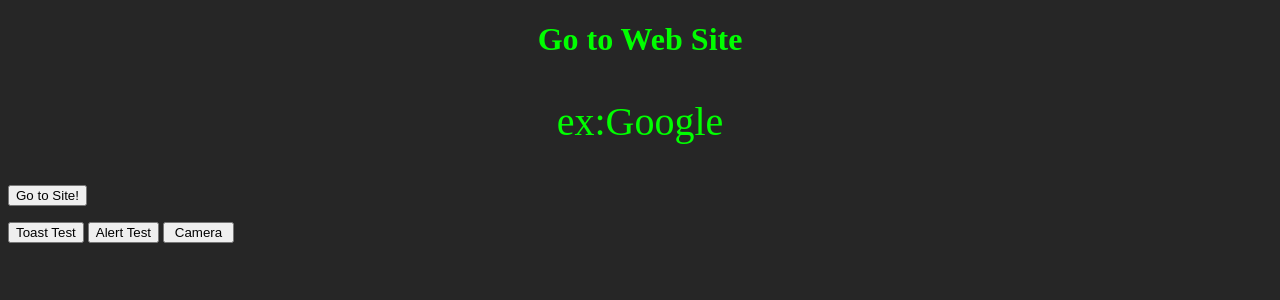
Repository: kenshiryu7/mdv-projects
Page: MDF3/project_4/Project4/assets/index.html
The author's editor kept a copy of each file at every save. The page is drawn from the files as they stood at one save, then again after the next save.
The browser window is 1280 px wide. The pictures show the whole page.

Above is the page before, as saved 2013-02-28 19:00:45.

### MDF3/project_4/Project4/assets/index.html
<!DOCTYPE html>
<html>
	<head>
	<meta http-equiv="Content-Type" content="text/html; charset=UTF-8">

	<title>The HTML Stuff</title>
	</head>


	<body>
	<h1>Go to Web Site</h1>
	<p id="mytext">ex:Google</p>



	<input type="button" value="Go to Site!" onclick="openWeb()"/>

	<p>
	<input type="button" value="Toast Test" onclick="showAndroidToast('I just wanted to tell the world that....I Like it Toasty!!!')"/>

	<input type="button" value="Alert Test" onclick="doAlert()"/>

	<input type="button" value=" Camera " onclick="openCamera()"/>
	</p>
	</body>



		<script type="text/javascript">

			function openWeb() {
				//document.getElementById("mytext").innerHTML = actualData;
				Android.openWebSite();
			};

			function showAndroidToast(toast) {
			//document.getElementById("mytext").innerHTML = "toast";
				Android.showToast(toast);

			};

			function doAlert(){
				Android.startAlert();
			};

			function openCamera(){
				Android.openTheCamera();
			};


			function callFromActivity(message) {
				document.getElementById("mytext").innerHTML = message;
			};



		</script>
		<style type ="text/css">
			body{
				color:#00FF00;
				background-color:#262626}

			h1{
				text-align:center}

			#mytext{
				text-align:center;
				font-size:250%}

		</style>
</html>

After the next save:
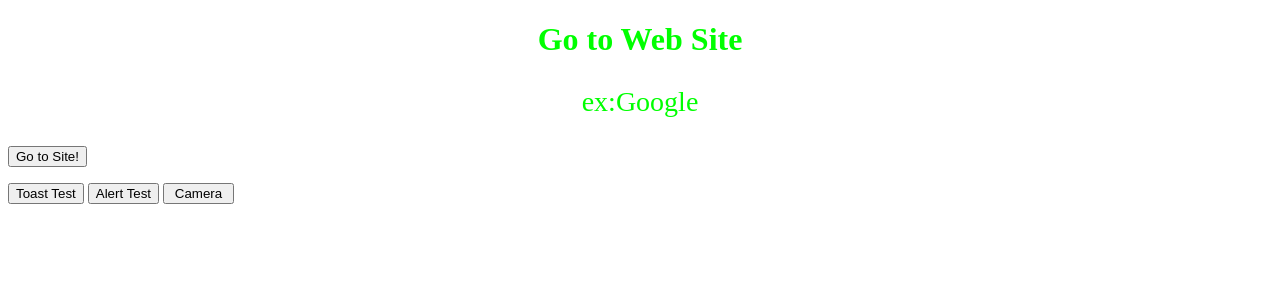
Saved 75 s later.
--- a/MDF3/project_4/Project4/assets/index.html
+++ b/MDF3/project_4/Project4/assets/index.html
@@ -58,14 +58,15 @@
 		<style type ="text/css">
 			body{
 				color:#00FF00;
-				background-color:#262626}
+				background-color:#262626
+				font-weight:bold}
 
 			h1{
 				text-align:center}
 
 			#mytext{
 				text-align:center;
-				font-size:250%}
+				font-size:175%}
 
 		</style>
 </html>

After the save that followed:
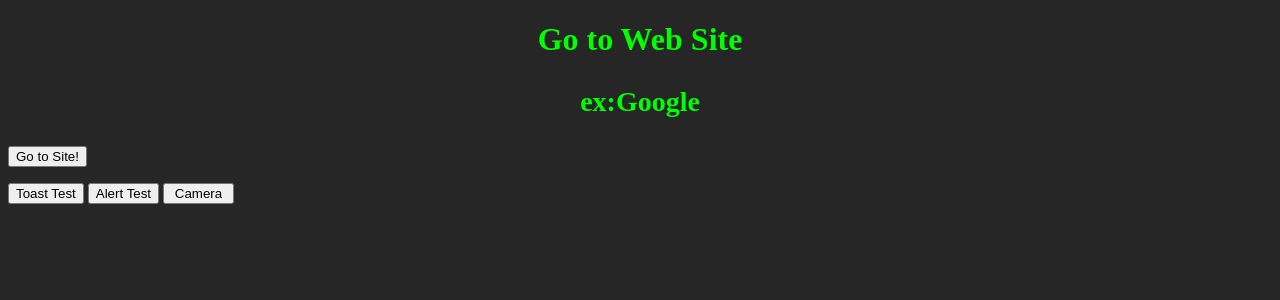
Saved 65 s later.
--- a/MDF3/project_4/Project4/assets/index.html
+++ b/MDF3/project_4/Project4/assets/index.html
@@ -58,8 +58,8 @@
 		<style type ="text/css">
 			body{
 				color:#00FF00;
-				background-color:#262626
-				font-weight:bold}
+				font-weight:bold;
+				background-color:#262626}
 
 			h1{
 				text-align:center}
